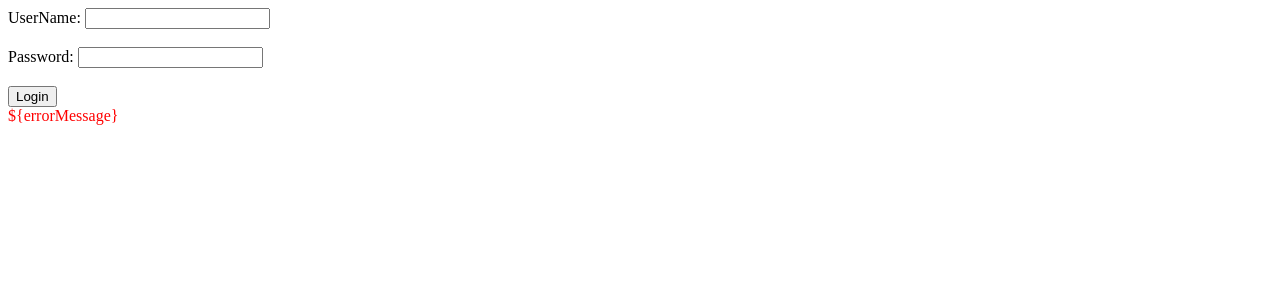
Repository: KnOX-07/eclipse-workspace
Page: LoginPage/src/main/webapp/index.html
These files come from the project's save history. The page is drawn as it stood at one moment and after the next save; the edit follows.
The browser window is 1280 px wide. The pictures show the whole page.

Above is the page before, as saved 2024-08-07 06:23:57.

After the next save:
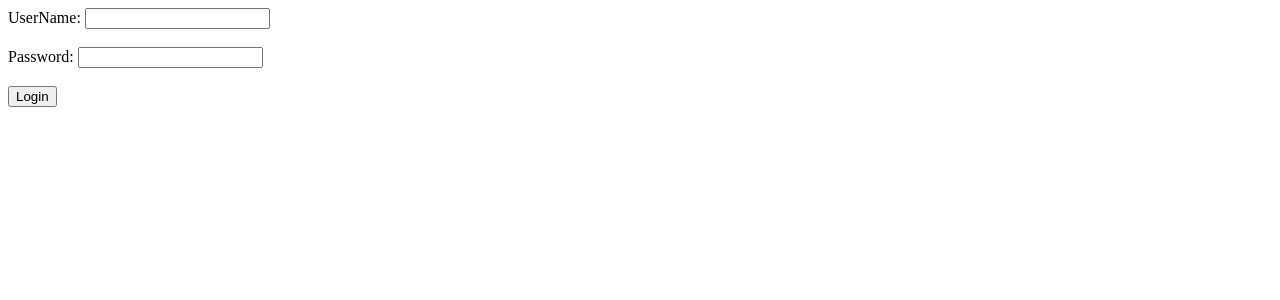
Saved 8 s later.
--- a/LoginPage/src/main/webapp/index.html
+++ b/LoginPage/src/main/webapp/index.html
@@ -11,8 +11,5 @@
         <input type="password" id="password" name="password" required><br><br>
         <input type="submit" value="Login">
     </form>
-    <div id="error" style="color: red;">
-        ${errorMessage}
-    </div>
 </body>
 </html>
